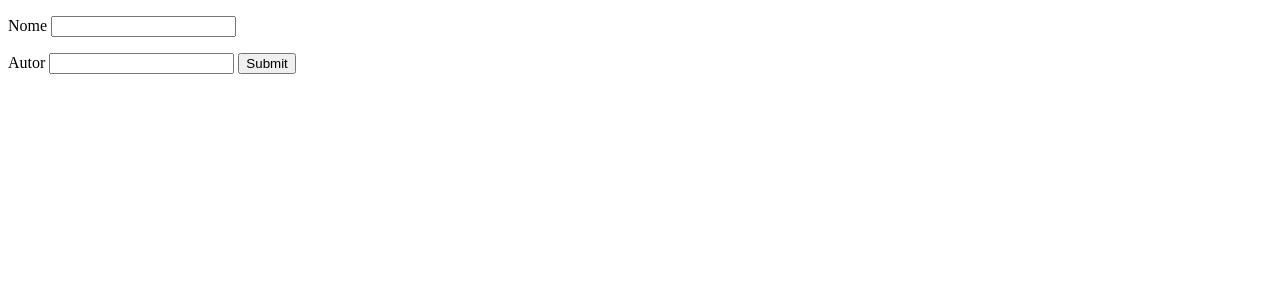
Repository: LucasMontalvao/PHPDACS2020
Page: projeto/formulario.html
The author's editor kept a record of every edit. The page is drawn from the files as they stood at one moment, then again after the next edit.
The browser window is 1280 px wide. The pictures show the whole page.

Above is the page before.

### projeto/formulario.html
<!DOCTYPE html>
<html>
    <head>
        <title>Página de livros</title>
    </head>
    <body>
        <form>
            <p>
                <label for="">Nome</label>
                <input type="text" name="nome"/>
            </p>
            <p>
                <label for="">Autor</label>
                <input type="text" name="autor"/>
            <input type="submit" value="Submit"/>
        </form>
    </body>
</html>

After the next edit:
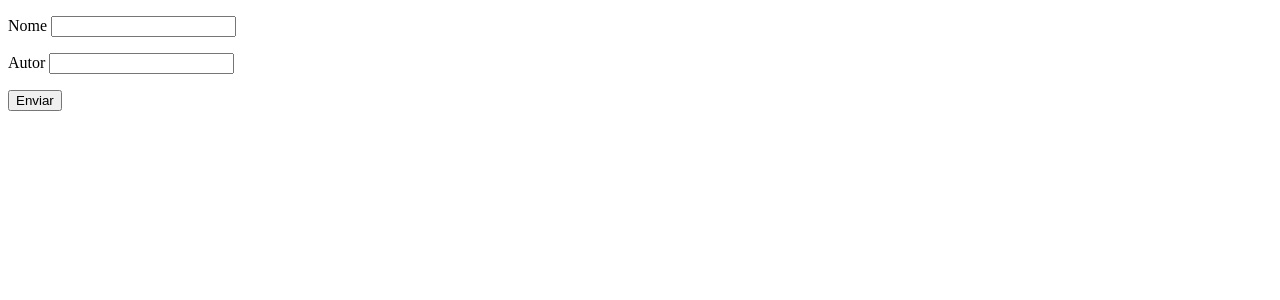
The edit:
--- a/projeto/formulario.html
+++ b/projeto/formulario.html
@@ -12,7 +12,10 @@
             <p>
                 <label for="">Autor</label>
                 <input type="text" name="autor"/>
-            <input type="submit" value="Submit"/>
+            </p>
+            <p>
+                <input type="submit" name="" value="Enviar"/>
+            </p>
         </form>
     </body>
 </html>
